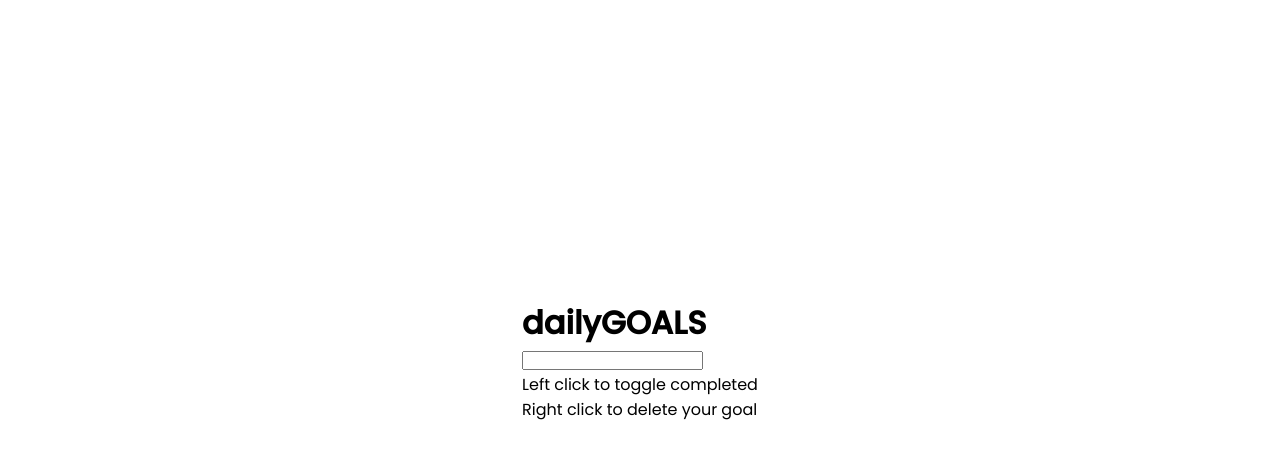
Repository: jeraldinnemg/daily-goal
Page: index.html
An editor plug-in stored every save of this project. The page is shown before and after the next save, followed by the edit.
The browser window is 1280 px wide. The pictures show the whole page.

Above is the page before, as saved 2022-09-06 20:30:01.

After the next save:
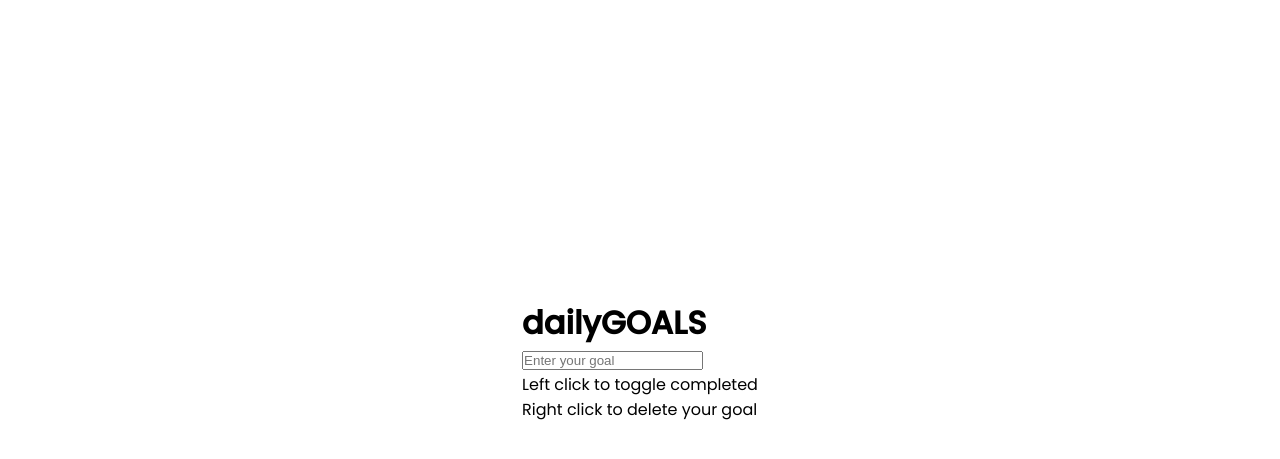
Saved 22 s later.
--- a/index.html
+++ b/index.html
@@ -11,7 +11,7 @@
     <div class="container">
         <h1>dailyGOALS</h1>
     <form action="">
-        <input type="text" name="" id="goal" place="Enter your goal">
+        <input type="text" name="" id="goal" placeholder="Enter your goal">
     </form>
     <p>Left click to toggle completed</p>
     <p>Right click to delete your goal</p>
